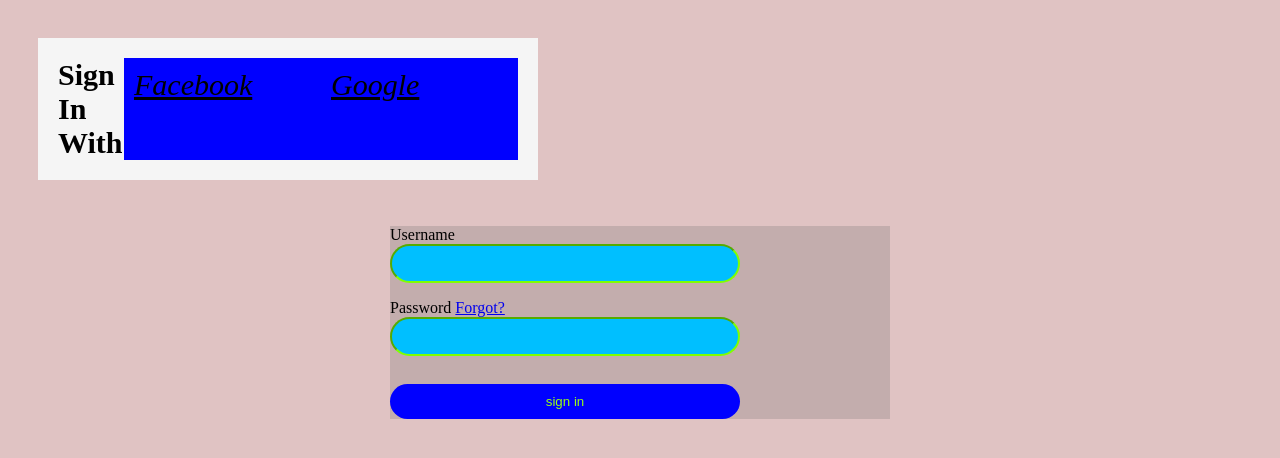
Repository: Tobby004/bdc-assignment-2
Page: index.html
The author's editor kept a copy of each file at every save. The page is drawn from the files as they stood at one save, then again after the next save.
The browser window is 1280 px wide. The pictures show the whole page.

Above is the page before, as saved 2023-02-08 21:41:24.

After the next save:
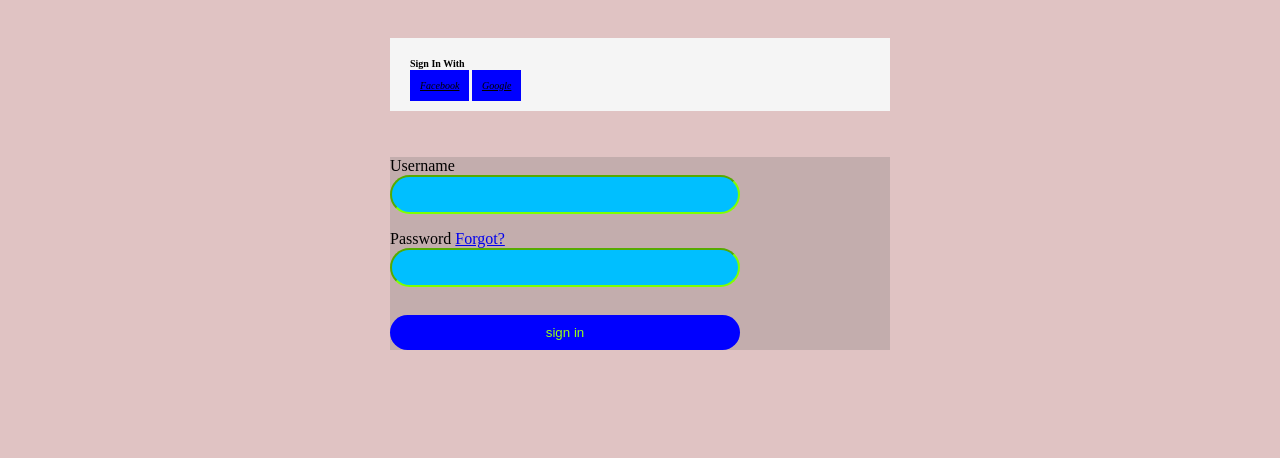
Saved 2 min 23 s later.
--- a/task.css
+++ b/task.css
@@ -19,10 +19,12 @@ header a {
 .flex-container{
     background-color: whitesmoke;
     margin: 10px;
-    display: flex;
+
+    display: block;
     padding: 20px;
-    font-size: 30px;
-
+    font-size: 10px;
+    margin-left: auto;
+    margin-right: auto;
 
 }
 header div {
